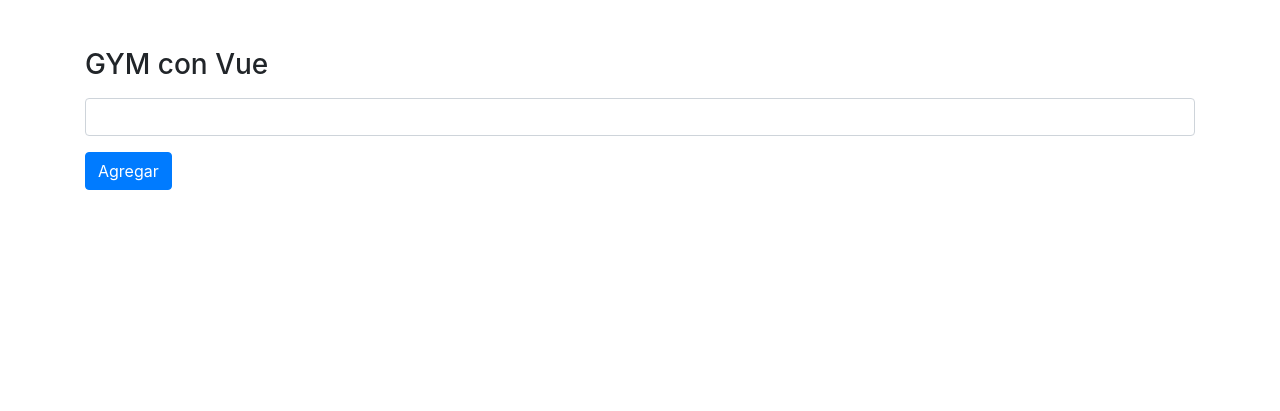
Repository: RonaldVega14/VueProjects
Page: LocalStorage/index.html
An editor plug-in stored every save of this project. The page is shown before and after the next save, followed by the edit.
The browser window is 1280 px wide. The pictures show the whole page.

Above is the page before, as saved 2019-11-13 14:35:40.

After the next save:
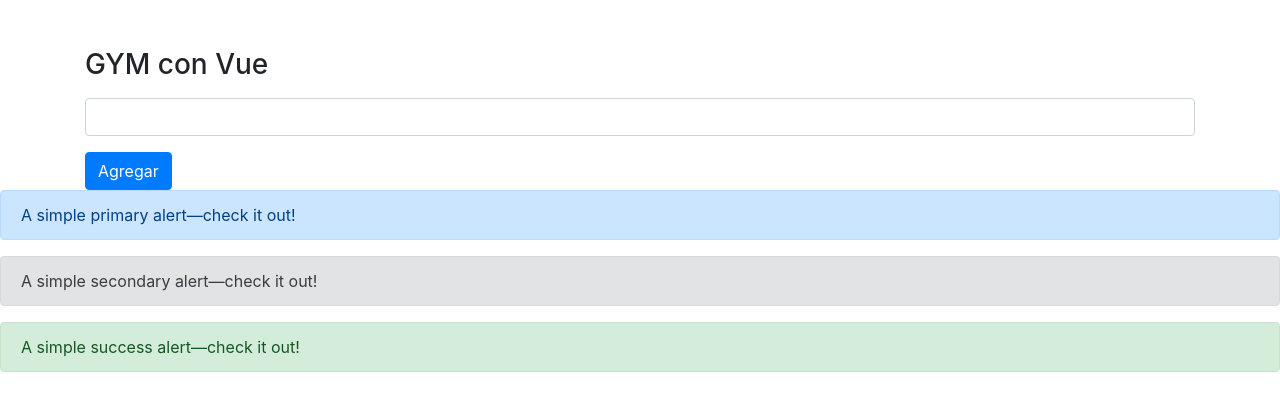
Saved 52 s later.
--- a/LocalStorage/index.html
+++ b/LocalStorage/index.html
@@ -18,6 +18,18 @@
         <button class="btn btn-primary">Agregar</button>
     </div>
 
+    <div>
+            <div class="alert alert-primary" role="alert">
+                    A simple primary alert—check it out!
+                  </div>
+                  <div class="alert alert-secondary" role="alert">
+                    A simple secondary alert—check it out!
+                  </div>
+                  <div class="alert alert-success" role="alert">
+                    A simple success alert—check it out!
+                  </div>
+    </div>
+
     <script src="https://cdn.jsdelivr.net/npm/vue/dist/vue.js"></script>
     <script src="app.js"></script>
 </body>
